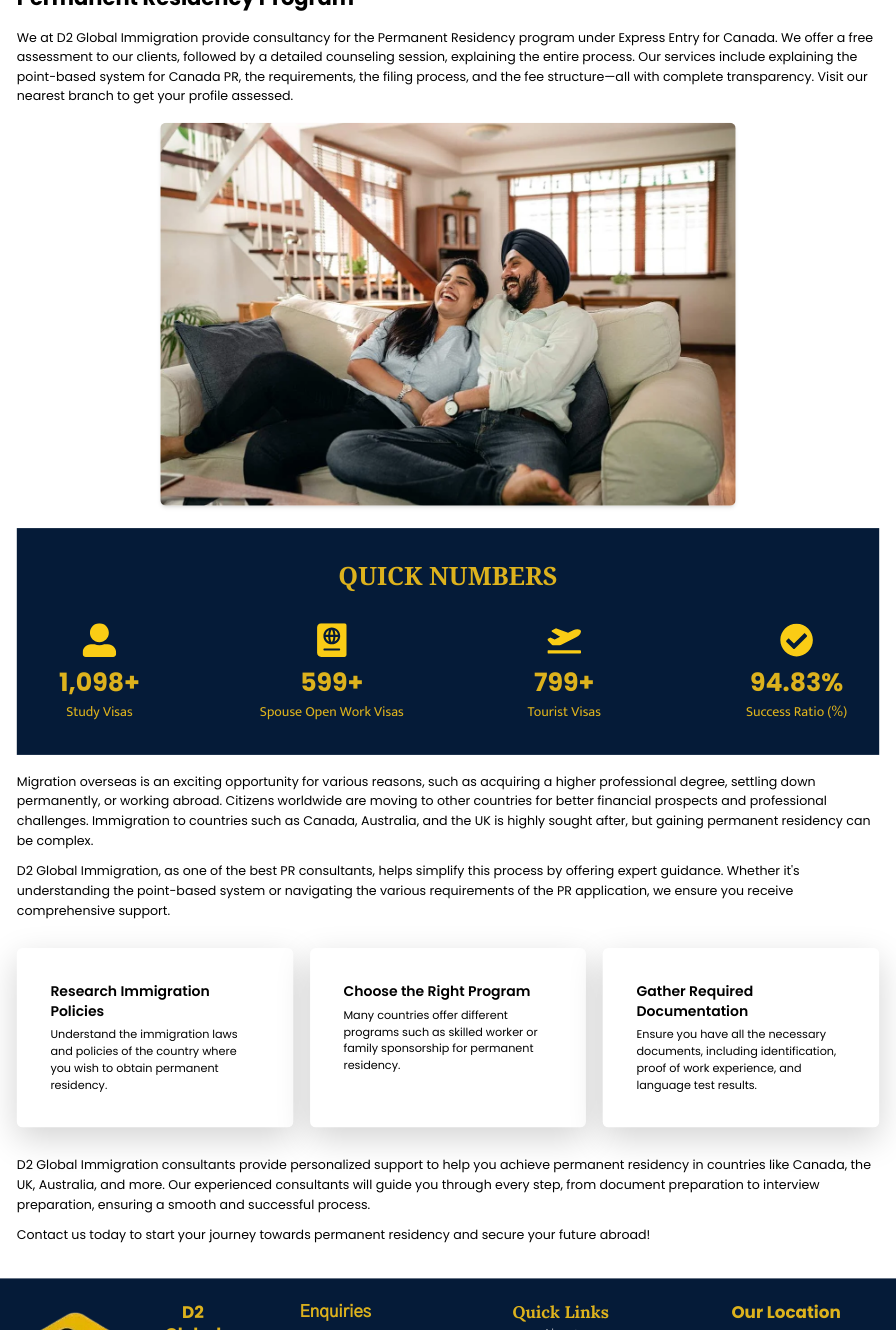
Repository: abhijeets54/d2globalbackup
Page: /PR
The author's editor kept a copy of each file at every save. The page is drawn from the files as they stood at one save, then again after a run of saves.
The browser window is 1280 px wide. The pictures show the part of the page from y = 149 to 2049 px (the page is 2339 px tall before and 2931 px after), at 70% of full size.
Pictures or frames that could not be fetched are drawn as grey boxes. Some web fonts or font styles are not loaded; a fallback is used. The project was rebuilt for these pictures with package versions that can differ from the ones it lists, and the page was loaded fresh each time. Also part of the build but not shown: vite.config.js, src/components/Logo.jsx, src/components/Button.jsx, src/components/PostCard.jsx, src/components/Input.jsx, src/components/Collage.jsx, src/components/OurAssociates.jsx, src/components/WhatPeopleAreSaying.jsx and 32 more.

Above is the page before, as saved 2024-10-22 14:49:48.

After the next 2 saves:
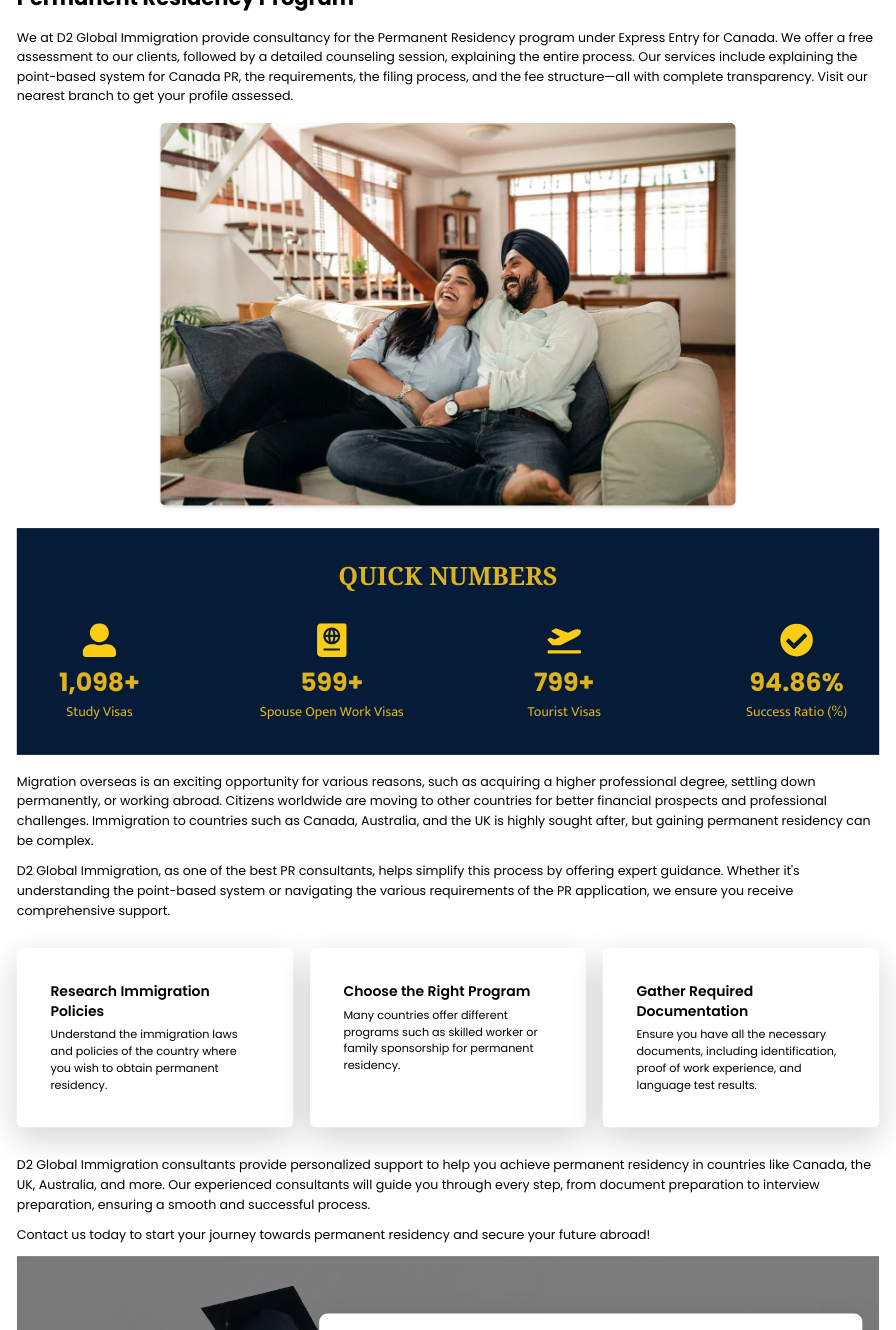
The 2 saves are shown as one change because 1 did not build or start.
The last was saved 13 s later.
--- a/src/pages/PR.jsx
+++ b/src/pages/PR.jsx
@@ -72,6 +72,7 @@ const PR = () => {
             Contact us today to start your journey towards permanent residency and secure your future abroad!
           </p>
           {/* <Register/> */}
+          <WorldMapContact/>
         </div>
       </div>
     </>
